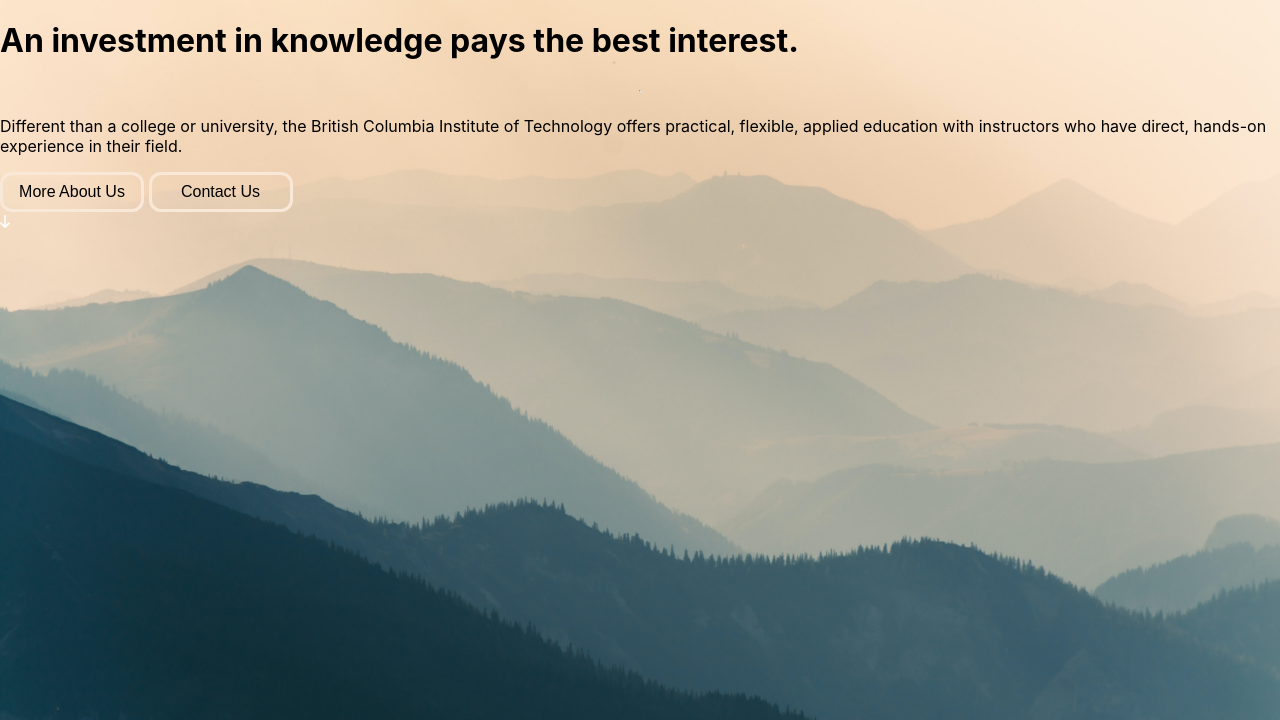
Repository: SaraShio/A01314209_Sara_Shiojima
Page: /
An editor plug-in stored every save of this project. The page is shown before and after a run of saves, followed by the edit.
The browser window is 1280 px wide. The pictures show the whole page.
The project was rebuilt for these pictures with package versions that can differ from the ones it lists, and the page was loaded fresh each time. The framework's server and built-in components were replaced by stand-ins that run in the browser. Also part of the build but not shown: next.config.js.

Above is the page before, as saved 2023-02-07 22:42:45.

### pages/index.js
import Head from 'next/head'
import Image from 'next/image'
import styles from '../styles/Home.module.css'
import Link from 'next/link'
import Arrow from '../components/Arrow'

export default function Home() {
  return (
    <>
      <Head>
        <title>Home</title>
        <meta name="author" content="MDIA 2109" />
        <meta property="og:title" content="Assignment #1 - Home Page" />
        <meta property="og:description" content="BCIT Digital Design and Development Diploma" />
        <link rel="icon" href='/favicon.png' />
      </Head>

      <main className={styles.main}>
        <div className={styles.content}>
          <header>
            <h1>An investment in knowledge pays the best interest.</h1>
          </header>
          <hr className={styles.line}></hr>
          <p>Different than a college or university, the British Columbia Institute of Technology offers practical, flexible, applied education with instructors who have direct, hands-on experience in their field.</p>
          <div>
            <a href='/about'> <button className={styles.button}>More About Us</button></a>

            <a href='/contact'> <button className={styles.button}>Contact Us</button></a>
          </div>
        </div>
        <Arrow page="Home" />
      </main>
    </>
  )
}

### styles/globals.css
:root{
  --beige:#f9e8d8;
  --black: #000000;
  }


html,
body {
  padding: 0;
  margin: 0;
  font-family: -apple-system, BlinkMacSystemFont, Segoe UI, Roboto, Oxygen,
    Ubuntu, Cantarell, Fira Sans, Droid Sans, Helvetica Neue, sans-serif;
}

a {
  color: inherit;
  text-decoration: none;
}

* {
  box-sizing: border-box;
}

@media (prefers-color-scheme: dark) {
  html {
    color-scheme: dark;
  }
  body {
    color: white;
    background: black;
  }
}

### styles/Home.module.css

.main{
background-image: url(../public/background-images/backgroundMountain.jpg);
height: 100vh;
width: 100vw;
 background-size: cover;
  background-repeat:no-repeat;
  background-position:center;
}



.content{
    display: flex;
    flex-direction: column;
    justify-content: center;
    align-items: left;
}

.button{
background-color: transparent;
border: 0.2rem solid var(--beige);
height: 2.5rem;
width: 9rem;
font-size: 1rem;
border-radius: 0.75rem;
}

.line{
    width: ;
}

### components/Arrow/index.js
import styles from './Arrow.module.css'

export default function Arrow({
    page = "home",
}) {
    return (

        page.toLowerCase() === "home" ?
            <div className={styles.arrow}><a><span><img src={'public/icons/downwardArrow.png'} /></span></a>
            </div> :
            page.toLowerCase() === "about" ?
                <div className={styles.arrow}><a><span><img src={'public/icons/upwardArrow.png'} /></span></a>
                    <a><span><img src={'public/icons/downwardArrow.png'} /></span></a>
                </div> :
                page.toLowerCase() === "contact" ?
                    <div className={styles.arrow}><a href="/about"><span><img src={'public/icons/upwardArrow.png'} /></span></a>
                    </div> :
                    <div className={styles.arrow}><a href="/"><span><img src={'public/icons/downwardArrow.png'} /></span></a>
                    </div>
    )
}

### components/Arrow/Arrow.module.css
.arrow{
    color: pink;
    bottom:20px;
}


.arrow > a > span > img{
    width: 10px;
}

Loaded but not shown: pages/_app.js (common file)

After the next 2 saves:
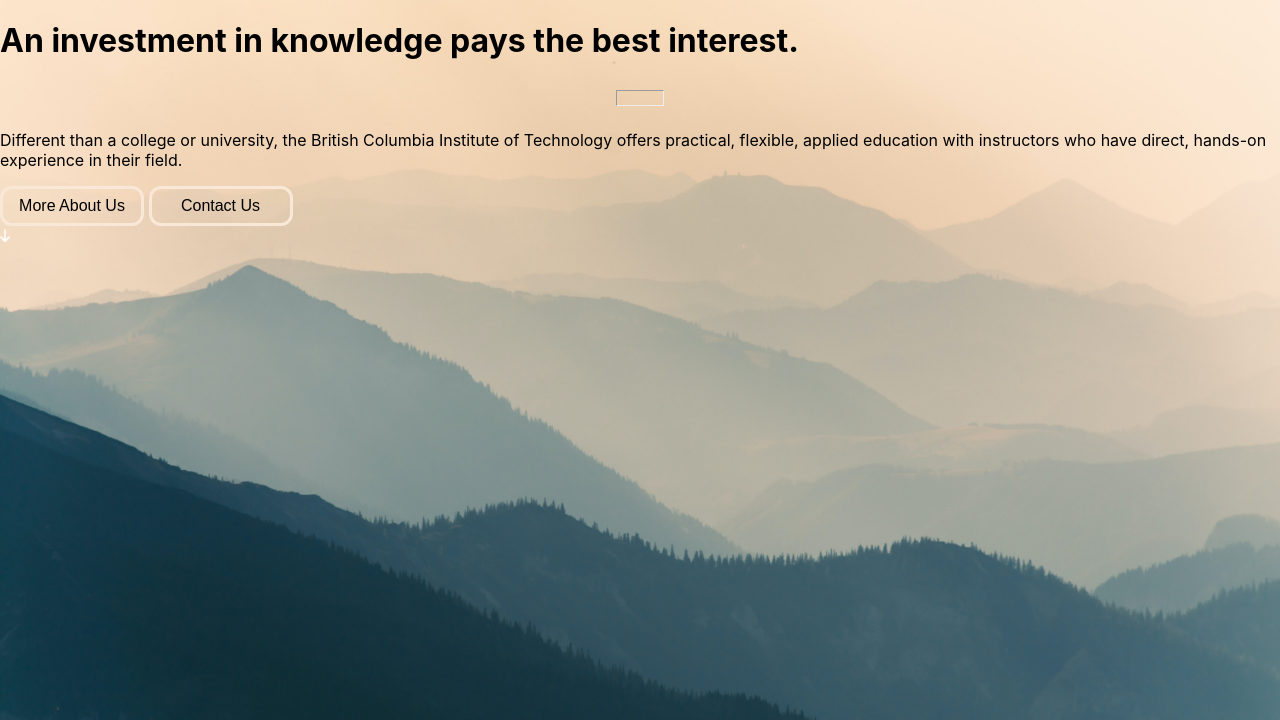
The 2 saves are shown as one change because they came seconds apart.
The last was saved 9 s later.
--- a/styles/Home.module.css
+++ b/styles/Home.module.css
@@ -27,5 +27,7 @@ border-radius: 0.75rem;
 }
 
 .line{
-    width: ;
+    width: 3rem;
+    height: 1rem;
+
 }
